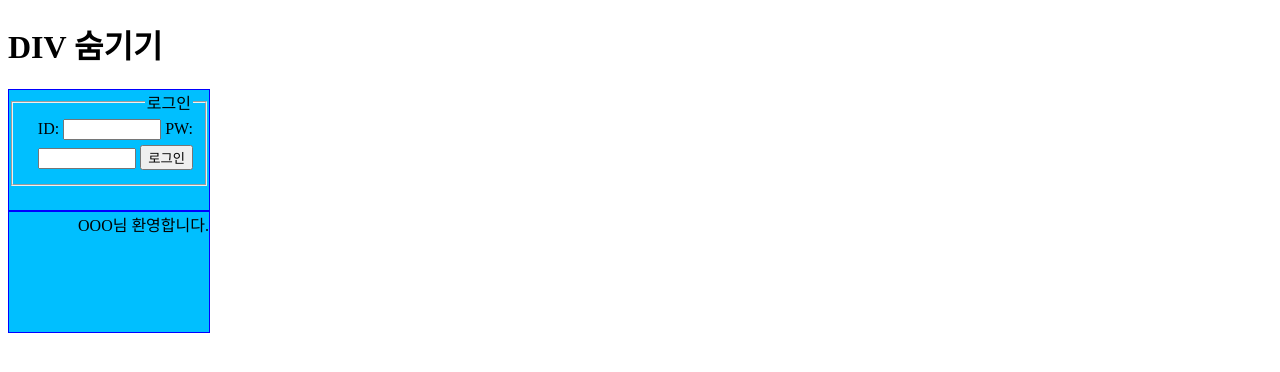
Repository: CHOKIHO/html
Page: work/0109/WebContent/ex8_JS_DIV_invisible.html
An editor plug-in stored every save of this project. The page is shown before and after the next save, followed by the edit.
The browser window is 1280 px wide. The pictures show the whole page.

Above is the page before, as saved 2017-01-09 07:47:49.

After the next save:
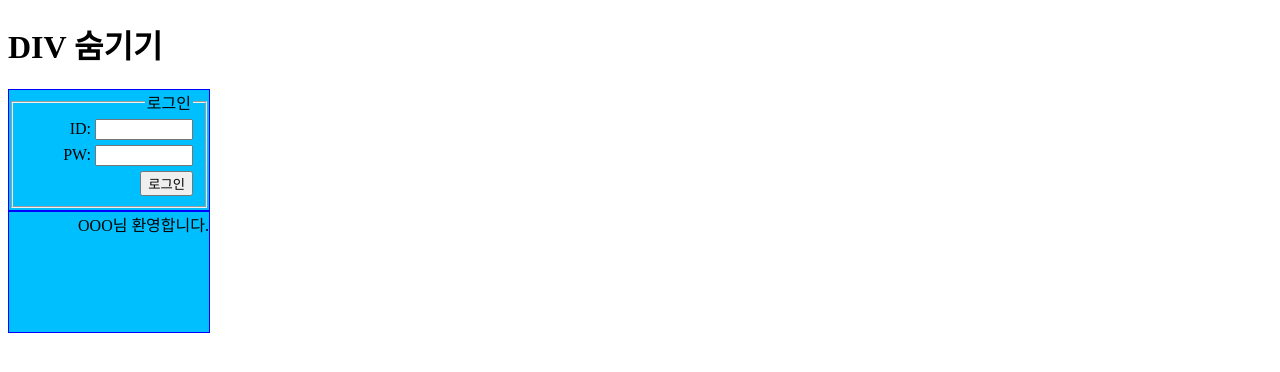
Saved 17 s later.
--- a/work/0109/WebContent/ex8_JS_DIV_invisible.html
+++ b/work/0109/WebContent/ex8_JS_DIV_invisible.html
@@ -34,10 +34,10 @@
 			<fieldset>
 				<legend>로그인</legend>
 				<label for="s_id">ID:</label>
-				<input type="text" id="s_id" name="id"/>
+				<input type="text" id="s_id" name="id"/><br/>
 
 				<label for="s_pw">PW:</label>
-				<input type="password" id="s_pw" name="pw"/>
+				<input type="password" id="s_pw" name="pw"/><br/>
 
 				<input type="button" value="로그인" onclick="login()"/>
 
